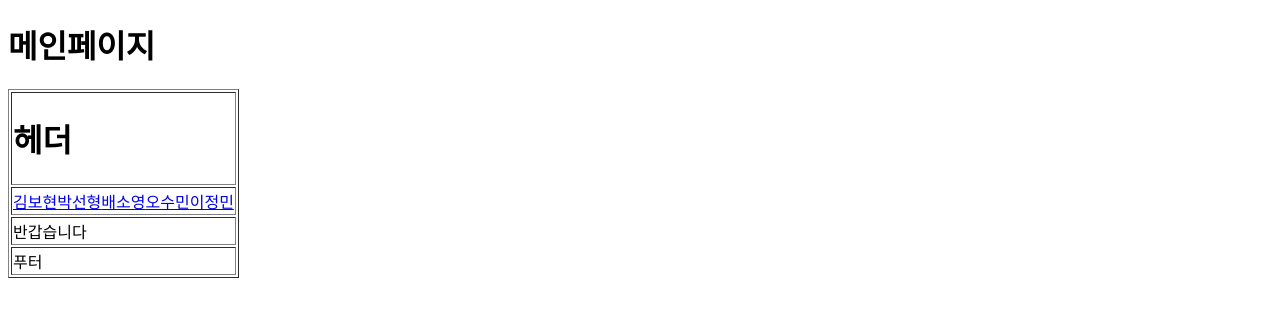
Repository: lastingrowth/teamPrj
Page: http://localhost/studyPrj/info.jsp?cate=bsy
An editor plug-in stored every save of this project. The page is shown before and after the next save, followed by the edit.
The browser window is 1280 px wide. The pictures show the whole page.
The page is served by Tomcat 9. Other server files are loaded and not shown.

Above is the page before, as saved 2026-05-01 10:12:38.

### study_work/studyPrj/src/main/webapp/info.jsp
<%@ page language="java" contentType="text/html; charset=UTF-8"
    pageEncoding="UTF-8"%>
<!DOCTYPE html>
<html>
<head>
<meta charset="UTF-8">
<title>home</title>
</head>
<body>
<h1>메인페이지</h1>
<table border="">
	<tr>
		<td colspan="5">
		<jsp:include page="inc/header.jsp"/>
		</td>
	</tr>

	<tr>
		<td>
		<jsp:include page="inc/nav.jsp"/>
		</td>
	</tr>
	<tr>
		<td colspan="5">
		<jsp:include page="inc/main.jsp"/>
		</td>
	</tr>
	<tr>
		<td colspan="5">
		<jsp:include page="inc/footer.jsp"/>
		</td>
	</tr>

</table>
</body>
</html>

### study_work/studyPrj/src/main/webapp/inc/header.jsp
<%@ page language="java" contentType="text/html; charset=UTF-8"
    pageEncoding="UTF-8"%>
<header>
	<h1>헤더</h1>
</header>

### study_work/studyPrj/src/main/webapp/inc/nav.jsp
<%@ page language="java" contentType="text/html; charset=UTF-8"
    pageEncoding="UTF-8"%>
<style>
nav{
	display: flex;
	justify-content: space-around;
}
</style>
<nav>
<a href="/studyPrj/kbh/info.jsp">김보현</a>
<a href="/studyPrj/psh/info.jsp">박선형</a>
<a href="/studyPrj/bsy/info.jsp">배소영</a>
<a href="/studyPrj/osm/info.jsp">오수민</a>
<a href="/studyPrj/ljm/info.jsp">이정민</a>
</nav>

### study_work/studyPrj/src/main/webapp/inc/main.jsp
<%@ page language="java" contentType="text/html; charset=UTF-8"
    pageEncoding="UTF-8"%>
<main>
반갑습니다
</main>

### study_work/studyPrj/src/main/webapp/inc/footer.jsp
<%@ page language="java" contentType="text/html; charset=UTF-8"
    pageEncoding="UTF-8"%>
<footer>
푸터
</footer>

After the next save:
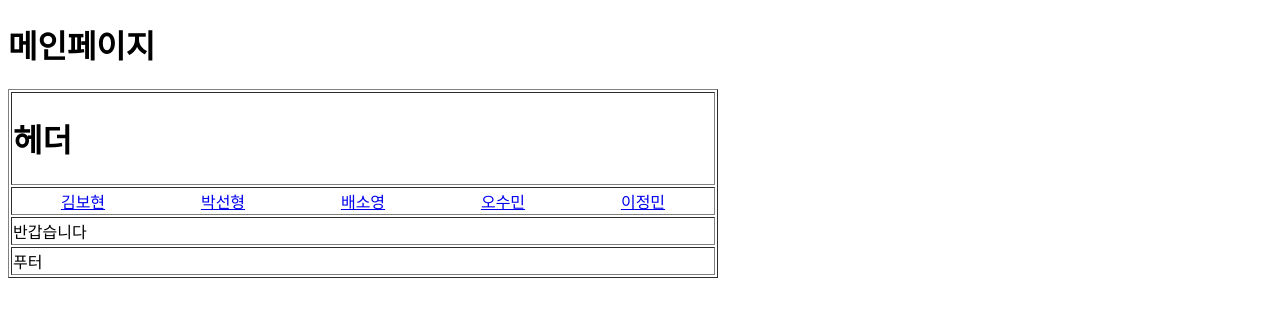
Saved 44 s later.
--- a/study_work/studyPrj/src/main/webapp/info.jsp
+++ b/study_work/studyPrj/src/main/webapp/info.jsp
@@ -10,23 +10,23 @@
 <h1>메인페이지</h1>
 <table border="">
 	<tr>
-		<td colspan="5">
+		<td>
 		<jsp:include page="inc/header.jsp"/>
 		</td>
 	</tr>
 
 	<tr>
-		<td>
+		<td width="700px">
 		<jsp:include page="inc/nav.jsp"/>
 		</td>
 	</tr>
 	<tr>
-		<td colspan="5">
+		<td>
 		<jsp:include page="inc/main.jsp"/>
 		</td>
 	</tr>
 	<tr>
-		<td colspan="5">
+		<td>
 		<jsp:include page="inc/footer.jsp"/>
 		</td>
 	</tr>
